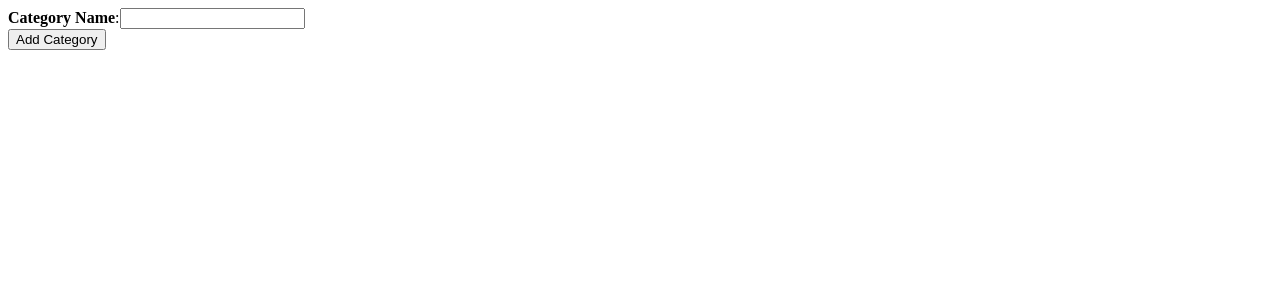
Repository: abdallahokasha/Servlets-and-JSP
Page: http://localhost/onlineShop/AddCategory.jsp
An editor plug-in stored every save of this project. The page is shown before and after the next save, followed by the edit.
The browser window is 1280 px wide. The pictures show the whole page.
The page is served by Tomcat 9.

Above is the page before, as saved 2016-09-06 16:40:21.

After the next save:
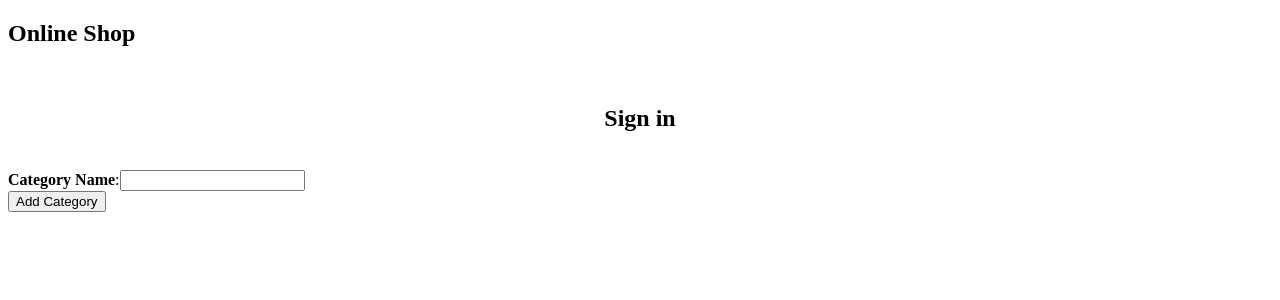
Saved 38 s later.
--- a/onlineShop/WebContent/AddCategory.jsp
+++ b/onlineShop/WebContent/AddCategory.jsp
@@ -7,6 +7,10 @@
 <title>Insert title here</title>
 </head>
 <body>
+<h2> Online Shop </h2><br>
+<center>
+<h2> Sign in </h2><br>
+</center>
 <form action="AddCategory" method="post">
 <strong>Category Name</strong>:<input type="text" name="Name"><br>
 <input type="submit" value="Add Category"><br>
